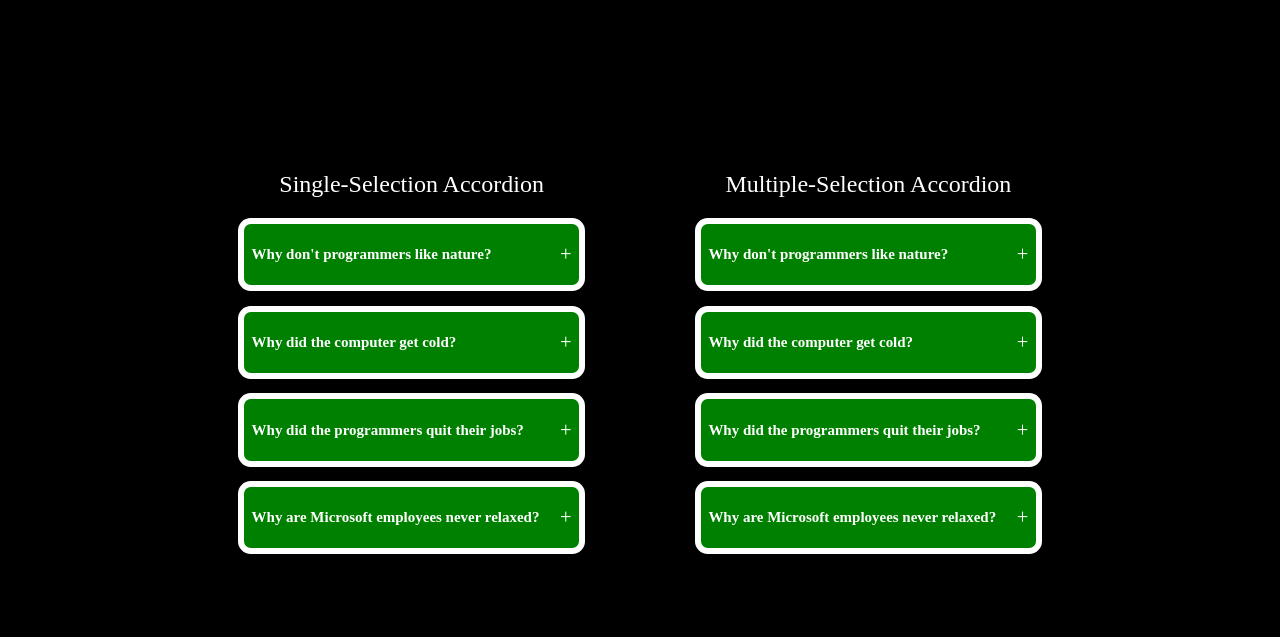
Repository: kosenijr/react-projects
Page: / (app in accordion/)
The author's editor kept a copy of each file at every save. The page is drawn from the files as they stood at one save, then again after the next save.
The browser window is 1280 px wide. The pictures show the whole page.
The project was rebuilt for these pictures with package versions that can differ from the ones it lists, and the page was loaded fresh each time.

Above is the page before, as saved 2024-03-03 15:03:19.

After the next save:
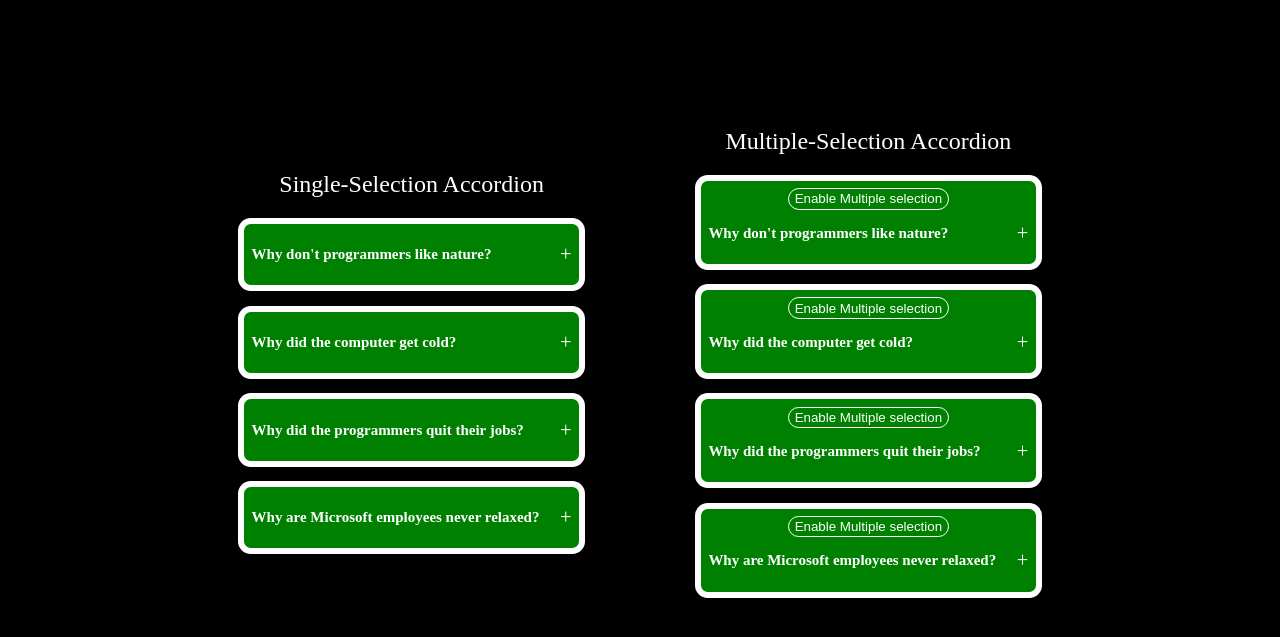
Saved 102 s later.
--- a/accordion/src/components/MultiSelection.js
+++ b/accordion/src/components/MultiSelection.js
@@ -12,10 +12,10 @@
     // setSelected(getCurrentId === selected ? null : getCurrentId); // keep add condition for closure
     setSelected(selected !== getCurrentId ? getCurrentId : null);
   };
-const handleMultiSelection = (getCurrentId) => {
-// if value of selected equals getCurrentID, null; if otherwise, push into enable array
-setEnableSelected(selected === getCurrentId ? null : selected);
-}
+  const handleMultiSelection = (getCurrentId) => {
+    // if value of selected equals getCurrentID, null; if otherwise, push into enable array
+    setEnableSelected(selected === getCurrentId ? null : selected);
+  };
 
   return (
     <div className="multi-selection-wrapper">
@@ -26,12 +26,20 @@
         </h2>
         {data && data.length > 0 ? (
           data.map((dataItem) => (
-
             <div
               className="multi-selection-item"
               key={dataItem.id}
               onClick={() => handleSingleSelection(dataItem.id)}
             >
+              <div className="multi-buttons-div">
+                <button
+                  className="multi-enable-button"
+                  onClick={() => handleMultiSelection(dataItem.id)}
+                >
+                  Enable Multiple selection
+                </button>
+              </div>
+
               {/* always remember to add key */}
               <div className="multi-selection-title">
                 <h3>{dataItem.question}</h3>

After the save that followed:
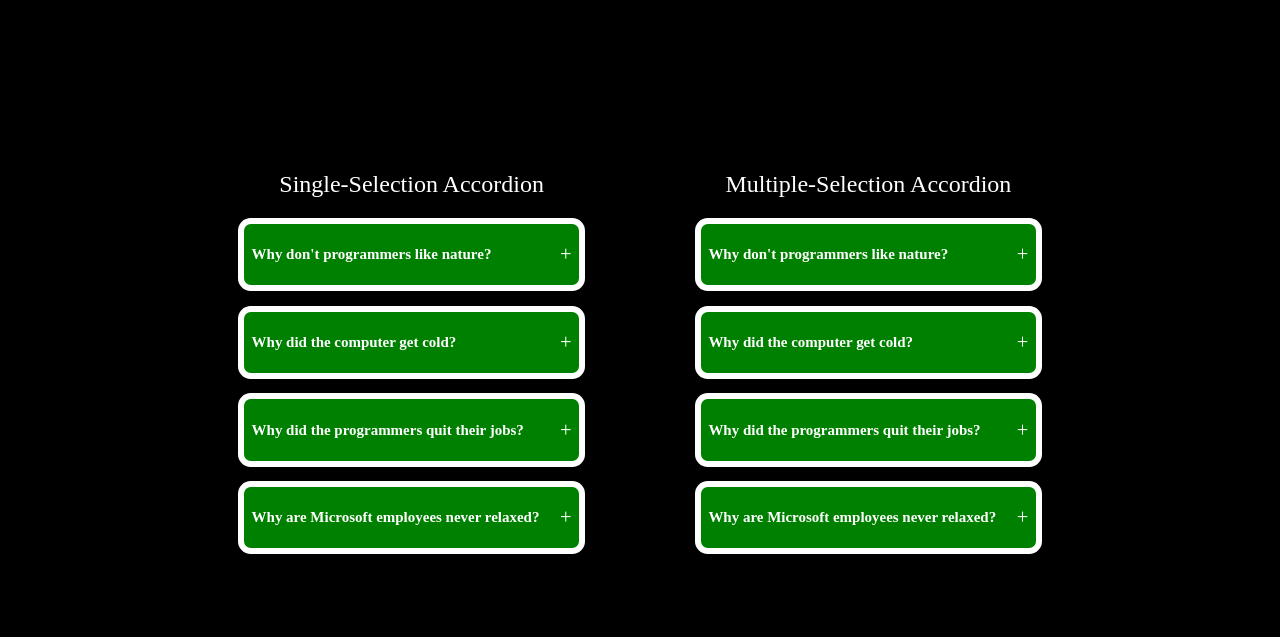
Saved 24 s later.
--- a/accordion/src/components/MultiSelection.js
+++ b/accordion/src/components/MultiSelection.js
@@ -31,15 +31,6 @@
               key={dataItem.id}
               onClick={() => handleSingleSelection(dataItem.id)}
             >
-              <div className="multi-buttons-div">
-                <button
-                  className="multi-enable-button"
-                  onClick={() => handleMultiSelection(dataItem.id)}
-                >
-                  Enable Multiple selection
-                </button>
-              </div>
-
               {/* always remember to add key */}
               <div className="multi-selection-title">
                 <h3>{dataItem.question}</h3>
